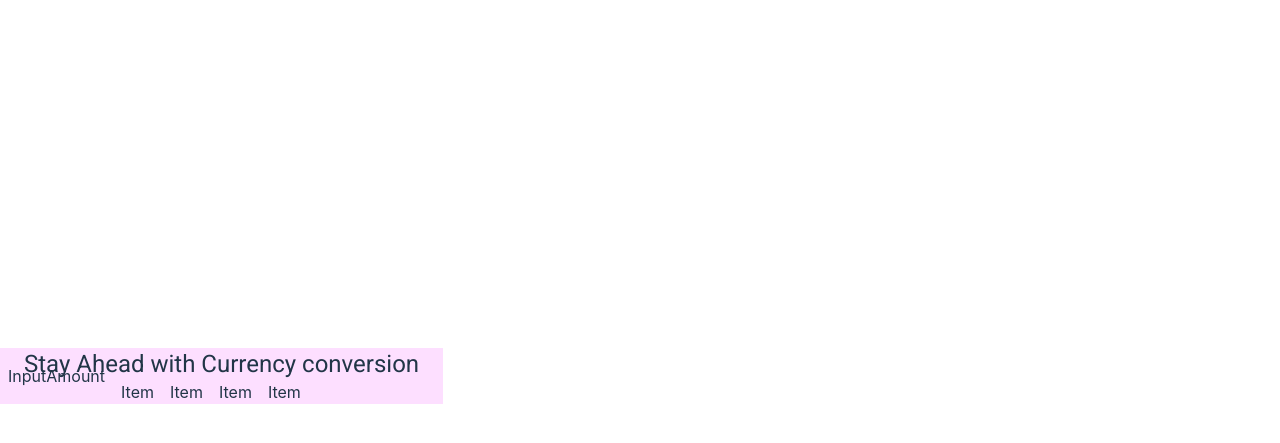
Repository: Asad-devv/CURRENCY
Page: /
These files come from the project's save history. The page is drawn as it stood at one moment and after a run of saves; the edit follows.
The browser window is 1280 px wide. The pictures show the whole page.
The project was rebuilt for these pictures with package versions that can differ from the ones it lists, and the page was loaded fresh each time. Also part of the build but not shown: craco.config.js.

Above is the page before, as saved 2023-03-01 21:36:38.

### src/main.jsx
import React from 'react'
import ReactDOM from 'react-dom/client'
import App from './App'
import './index.css'
import '@fontsource/roboto/300.css';
import '@fontsource/roboto/400.css';
import '@fontsource/roboto/500.css';
import '@fontsource/roboto/700.css';


ReactDOM.createRoot(document.getElementById('root')).render(
  <React.StrictMode>
    <App />
  </React.StrictMode>,
)

### src/App.jsx
import { Button, Container,Typography,Grid } from "@mui/material";
import { useState } from "react";
import reactLogo from "./assets/react.svg";
import InputAmount from "./components/InputAmount";
// import './App.css'

function App() {
  const [count, setCount] = useState(0);

  return (
    <Container maxWidth="md" sx={{ background: "#fddfff" }}>
      <Typography variant = "h5"sx={{mt:"2rem"}}>Stay Ahead with Currency conversion</Typography>
      <Grid container spacing ={2}>
        <InputAmount/>

        <Grid item>
          Item
        </Grid>
        <Grid item>
          Item
        </Grid>
        <Grid item>
          Item
        </Grid>
        <Grid item>
          Item
        </Grid>
      </Grid>
    </Container>
  );
}

export default App;

### src/components/InputAmount.jsx
import React from 'react'

const InputAmount = () => {
  return (
    <div>InputAmount</div>
  )
}

export default InputAmount

### src/components/selectCountry.jsx
import React from 'react'

const SelectCountry = () => {
  return (
    <div>SelectCountry</div>
  )
}

export default SelectCountry

Loaded but not shown: index.html (common file); src/index.css (common file)

After the next 6 saves:
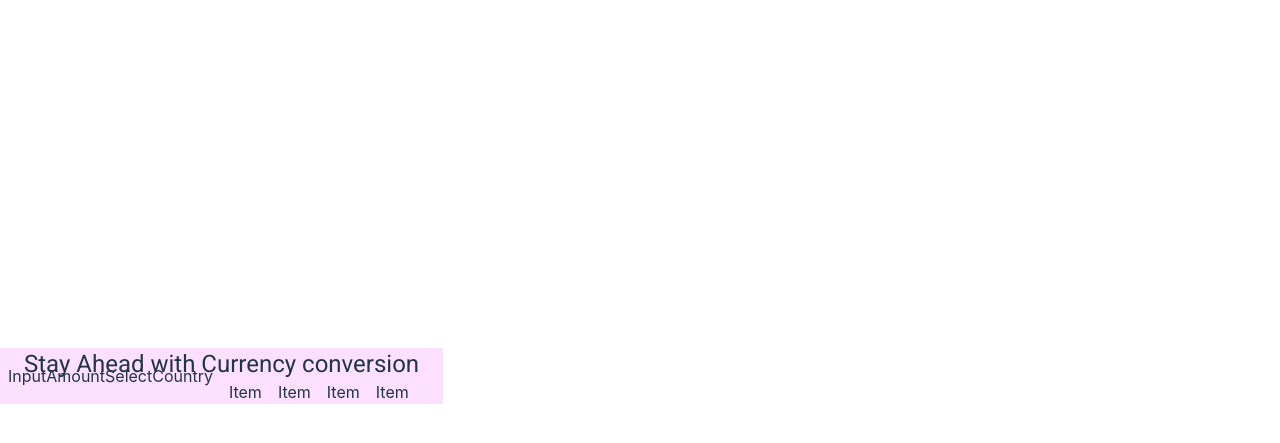
The 6 saves are shown as one change because 2 did not build or start and some came seconds apart.
The last was saved 28 s later.
--- a/src/App.jsx
+++ b/src/App.jsx
@@ -2,6 +2,7 @@ import { Button, Container,Typography,Grid } from "@mui/material";
 import { useState } from "react";
 import reactLogo from "./assets/react.svg";
 import InputAmount from "./components/InputAmount";
+import SelectCountry from "./components/selectCountry";
 // import './App.css'
 
 function App() {
@@ -12,7 +13,7 @@ function App() {
       <Typography variant = "h5"sx={{mt:"2rem"}}>Stay Ahead with Currency conversion</Typography>
       <Grid container spacing ={2}>
         <InputAmount/>
-
+        <SelectCountry/>
         <Grid item>
           Item
         </Grid>
